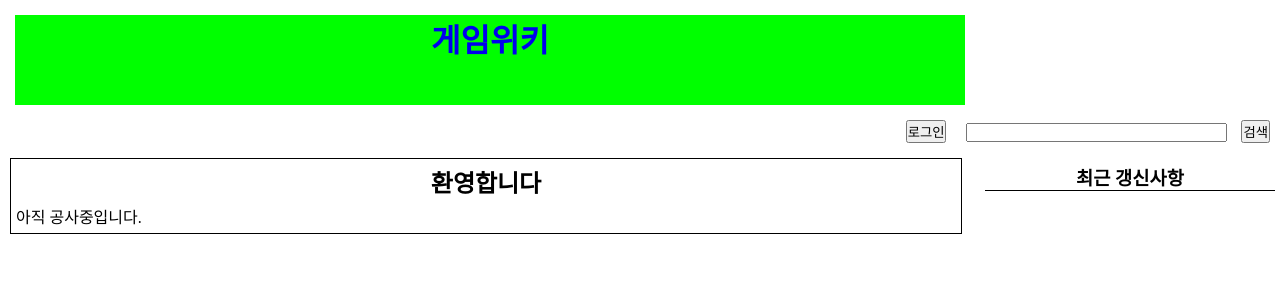
Repository: sithslord/GameWiki
Page: http://localhost/JSPBoard/MainPage/Main.jsp
The author's editor kept a copy of each file at every save. The page is drawn from the files as they stood at one save, then again after the next save.
The browser window is 1280 px wide. The page is 1285 px wide, so the pictures cover 1285 px, including what lies to the right of the window. The pictures show the whole page.
The page is served by Tomcat 9.

Above is the page before, as saved 2018-01-12 02:13:13.

After the next save:
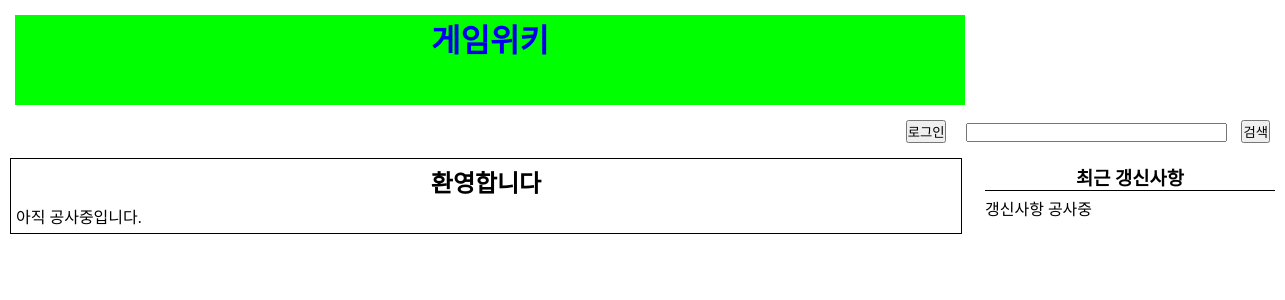
Saved 48 s later.
--- a/ReWork/JSPBoard/WebContent/MainPage/Main.jsp
+++ b/ReWork/JSPBoard/WebContent/MainPage/Main.jsp
@@ -85,6 +85,7 @@ body{
 
 	<div id="news">
 		<h3 align="center">최근 갱신사항</h3>
+		<p>갱신사항 공사중</p>
 	</div>
 
 
